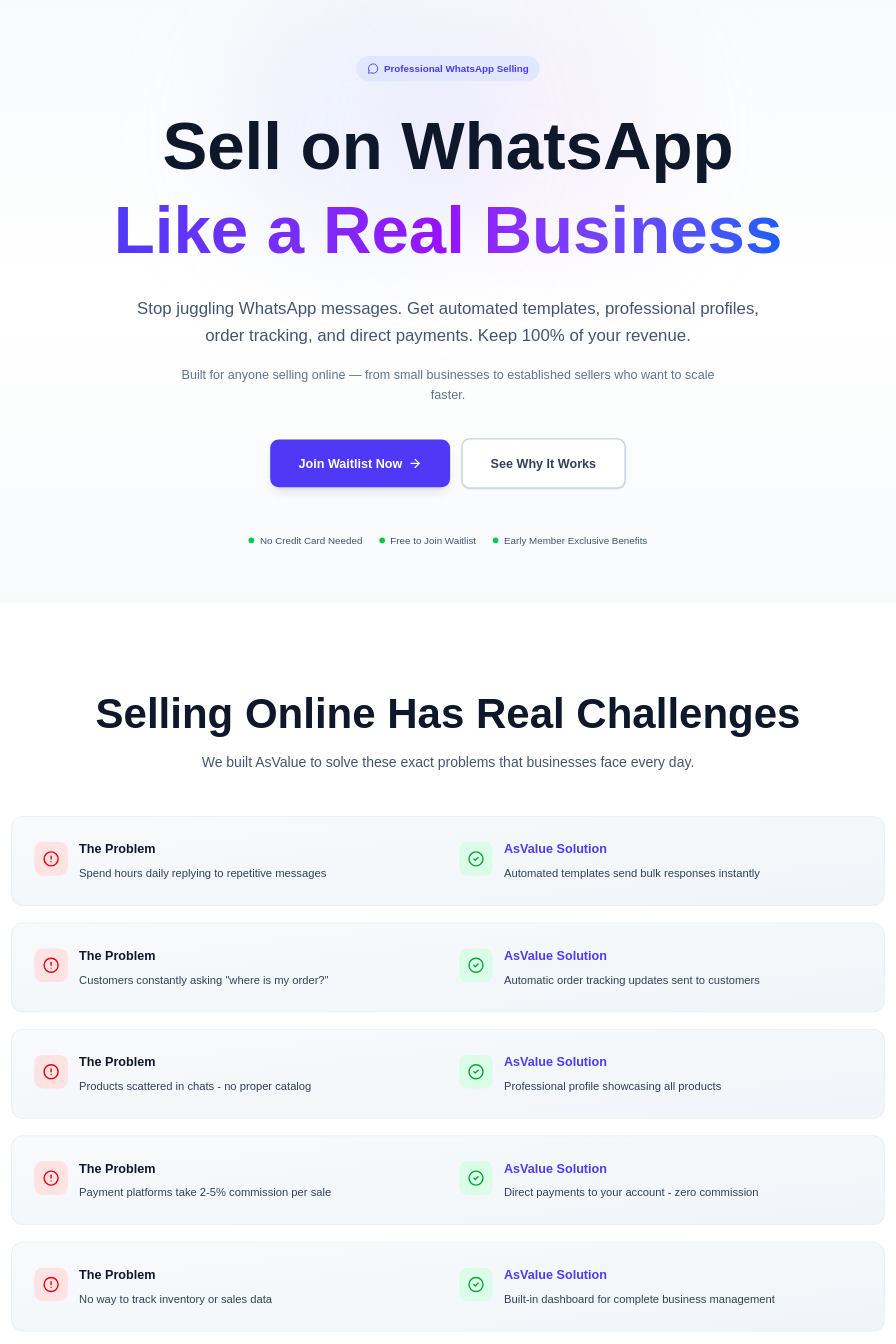
Repository: vikkii2005/asvalue-waitlist
Page: /
The author's editor kept a copy of each file at every save. The page is drawn from the files as they stood at one save, then again after the next save.
The browser window is 1280 px wide. The pictures show the part of the page from y = 0 to 1920 px (the page is 5429 px tall before and 5549 px after), at 70% of full size.
The page's requests for data from a server got no answer. The project was rebuilt for these pictures with package versions that can differ from the ones it lists, and the page was loaded fresh each time. The framework's server and built-in components were replaced by stand-ins that run in the browser. No one was signed in, and anything a server would have sent is missing. Also part of the build but not shown: next.config.ts, components/ReferralDashboard.tsx.

Above is the page before, as saved 2025-10-31 09:46:02.

### app/layout.tsx
import { Analytics } from '@vercel/analytics/react'
import type { Metadata } from 'next'
import type { ReactNode } from 'react'
import './globals.css'

export const metadata: Metadata = {
  title: 'AsValue - Professional WhatsApp Business Platform',
  description: 'Sell professionally on WhatsApp with automated templates, order tracking, and zero commission. Join the waitlist today.',
  openGraph: {
    title: 'AsValue - Professional WhatsApp Selling',
    description: 'Zero commission WhatsApp selling platform',
    url: 'https://asvalue.com',
  },
}

export default function RootLayout({
  children,
}: {
  children: ReactNode
}) {
  return (
    <html lang="en" suppressHydrationWarning>
      <head>
        <meta charSet="utf-8" />
        <meta name="viewport" content="width=device-width, initial-scale=1" />
      </head>
      <body className="antialiased bg-white text-slate-900">
        {children}
        <Analytics />
      </body>
    </html>
  )
}

### app/page.tsx
import Hero from '@/components/Hero'
import ProblemSolution from '@/components/ProblemSolution'
import Features from '@/components/Features'
import WaitlistForm from '@/components/WaitlistForm'

export default function Home() {
  return (
    <main className="min-h-screen bg-white">
      <Hero />
      <ProblemSolution />
      <Features />
      <WaitlistForm />

      {/* Footer */}
      <footer className="bg-slate-900 text-white py-16 px-4">
        <div className="max-w-6xl mx-auto">
          <div className="grid md:grid-cols-3 gap-12 mb-12">
            <div>
              <h3 className="text-2xl font-bold mb-4 bg-linear-to-r from-indigo-400 to-purple-400 bg-clip-text text-transparent">
                AsValue
              </h3>
              <p className="text-slate-400">
                Professional platform for selling online. Zero commission. Built for your success.
              </p>
            </div>
            <div>
              <h4 className="font-semibold mb-4 text-white">Features</h4>
              <ul className="text-slate-400 space-y-2 text-sm">
                <li>• Seller Profiles</li>
                <li>• Chat Platform</li>
                <li>• Order Management</li>
                <li>• Analytics</li>
              </ul>
            </div>
            <div>
              <h4 className="font-semibold mb-4 text-white">Company</h4>
              <ul className="text-slate-400 space-y-2 text-sm">
                <li>• Privacy Policy</li>
                <li>• Terms of Service</li>
                <li>• Contact Us</li>
              </ul>
            </div>
          </div>
          <div className="border-t border-slate-800 pt-8 text-center">
            <p className="text-slate-500 text-sm">
              © 2025 AsValue. All rights reserved.
            </p>
          </div>
        </div>
      </footer>
    </main>
  )
}

### components/Hero.tsx
'use client'

import { ArrowRight, MessageCircle } from 'lucide-react'

export default function Hero() {
  return (
    <section className="relative min-h-screen flex items-center justify-center bg-linear-to-b from-slate-50 via-white to-slate-50 px-4 py-20 overflow-hidden">
      {/* Background Gradient Orbs */}
      <div className="absolute top-0 left-1/4 w-96 h-96 bg-indigo-200 rounded-full mix-blend-multiply filter blur-3xl opacity-20 animate-blob"></div>
      <div className="absolute top-0 right-1/4 w-96 h-96 bg-purple-200 rounded-full mix-blend-multiply filter blur-3xl opacity-20 animate-blob animation-delay-2000"></div>

      <div className="relative max-w-6xl mx-auto w-full">
        {/* Main Content */}
        <div className="text-center max-w-5xl mx-auto">
          <div className="inline-flex items-center gap-2 bg-indigo-100 px-4 py-2 rounded-full mb-8">
            <MessageCircle className="w-4 h-4 text-indigo-600" />
            <span className="text-sm font-semibold text-indigo-600">Professional WhatsApp Selling</span>
          </div>

          <h1 className="text-6xl md:text-7xl lg:text-8xl font-bold text-slate-900 mb-8 leading-tight">
            Sell on WhatsApp
            <br />
            <span className="bg-linear-to-r from-indigo-600 via-purple-600 to-blue-600 bg-clip-text text-transparent">
              Like a Real Business
            </span>
          </h1>

          <p className="text-lg md:text-2xl text-slate-600 mb-6 max-w-4xl mx-auto leading-relaxed">
            Stop juggling WhatsApp messages. Get automated templates, professional profiles, order tracking, and direct payments. Keep 100% of your revenue.
          </p>

          <p className="text-lg text-slate-500 mb-12 max-w-3xl mx-auto">
            Built for anyone selling online — from small businesses to established sellers who want to scale faster.
          </p>

          {/* CTA Buttons */}
          <div className="flex flex-col sm:flex-row items-center justify-center gap-4 mb-16">
            <button
              onClick={() => document.getElementById('waitlist-form')?.scrollIntoView({ behavior: 'smooth' })}
              className="group bg-indigo-600 hover:bg-indigo-700 text-white px-10 py-5 rounded-xl font-semibold text-lg flex items-center gap-2 transition-all shadow-lg hover:shadow-xl transform hover:scale-105"
            >
              Join Waitlist Now
              <ArrowRight className="w-5 h-5 group-hover:translate-x-1 transition-transform" />
            </button>
            <button
              onClick={() => document.getElementById('problems')?.scrollIntoView({ behavior: 'smooth' })}
              className="bg-white hover:bg-slate-50 text-slate-700 border-2 border-slate-300 px-10 py-5 rounded-xl font-semibold text-lg transition-all shadow-sm hover:shadow-md"
            >
              See Why It Works
            </button>
          </div>

          {/* Trust Indicators */}
          <div className="flex flex-col sm:flex-row items-center justify-center gap-6 text-sm text-slate-600">
            <div className="flex items-center gap-2">
              <div className="w-2 h-2 bg-green-500 rounded-full"></div>
              <span>No Credit Card Needed</span>
            </div>
            <div className="flex items-center gap-2">
              <div className="w-2 h-2 bg-green-500 rounded-full"></div>
              <span>Free to Join Waitlist</span>
            </div>
            <div className="flex items-center gap-2">
              <div className="w-2 h-2 bg-green-500 rounded-full"></div>
              <span>Early Member Exclusive Benefits</span>
            </div>
          </div>
        </div>
      </div>
    </section>
  )
}

### components/ProblemSolution.tsx
import { AlertCircle, CheckCircle2 } from 'lucide-react'

const problems = [
  {
    problem: 'Spend hours daily replying to repetitive messages',
    solution: 'Automated templates send bulk responses instantly'
  },
  {
    problem: 'Customers constantly asking "where is my order?"',
    solution: 'Automatic order tracking updates sent to customers'
  },
  {
    problem: 'Products scattered in chats - no proper catalog',
    solution: 'Professional profile showcasing all products'
  },
  {
    problem: 'Payment platforms take 2-5% commission per sale',
    solution: 'Direct payments to your account - zero commission'
  },
  {
    problem: 'No way to track inventory or sales data',
    solution: 'Built-in dashboard for complete business management'
  },
  {
    problem: 'Business looks unprofessional on WhatsApp',
    solution: 'Professional seller profile builds customer trust instantly'
  }
]

export default function ProblemSolution() {
  return (
    <section id="problems" className="py-32 px-4 bg-white">
      <div className="max-w-7xl mx-auto">
        <div className="text-center mb-16">
          <h2 className="text-5xl md:text-6xl font-bold text-slate-900 mb-6">
            Selling Online Has Real Challenges
          </h2>
          <p className="text-xl text-slate-600 max-w-3xl mx-auto">
            We built AsValue to solve these exact problems that businesses face every day.
          </p>
        </div>

        <div className="space-y-6">
          {problems.map((item, index) => (
            <div
              key={index}
              className="grid md:grid-cols-2 gap-8 bg-linear-to-br from-slate-50 to-slate-100 rounded-2xl p-8 border border-slate-200 hover:border-indigo-300 hover:shadow-lg transition-all"
            >
              {/* Problem */}
              <div className="flex gap-4">
                <div className="shrink-0 pt-1">
                  <div className="w-12 h-12 bg-red-100 rounded-xl flex items-center justify-center">
                    <AlertCircle className="w-6 h-6 text-red-600" />
                  </div>
                </div>
                <div>
                  <p className="font-semibold text-slate-900 text-lg mb-2">The Problem</p>
                  <p className="text-slate-700 text-base leading-relaxed">{item.problem}</p>
                </div>
              </div>

              {/* Solution */}
              <div className="flex gap-4">
                <div className="shrink-0 pt-1">
                  <div className="w-12 h-12 bg-green-100 rounded-xl flex items-center justify-center">
                    <CheckCircle2 className="w-6 h-6 text-green-600" />
                  </div>
                </div>
                <div>
                  <p className="font-semibold text-indigo-600 text-lg mb-2">AsValue Solution</p>
                  <p className="text-slate-700 text-base leading-relaxed">{item.solution}</p>
                </div>
              </div>
            </div>
          ))}
        </div>

        {/* Stats */}
        <div className="grid grid-cols-1 md:grid-cols-4 gap-8 mt-20">
          <div className="text-center p-8 bg-slate-50 rounded-xl border border-slate-200">
            <div className="text-5xl font-bold text-indigo-600 mb-2">3x</div>
            <div className="text-slate-700 font-medium">More Sales Potential</div>
          </div>
          <div className="text-center p-8 bg-slate-50 rounded-xl border border-slate-200">
            <div className="text-5xl font-bold text-indigo-600 mb-2">5hrs</div>
            <div className="text-slate-700 font-medium">Saved Daily</div>
          </div>
          <div className="text-center p-8 bg-slate-50 rounded-xl border border-slate-200">
            <div className="text-5xl font-bold text-indigo-600 mb-2">0%</div>
            <div className="text-slate-700 font-medium">Commission on Sales</div>
          </div>
          <div className="text-center p-8 bg-slate-50 rounded-xl border border-slate-200">
            <div className="text-5xl font-bold text-indigo-600 mb-2">100%</div>
            <div className="text-slate-700 font-medium">Your Revenue</div>
          </div>
        </div>
      </div>
    </section>
  )
}

### components/Features.tsx
import { Instagram, MessageSquare, Zap, Package, Shield, Smartphone, TrendingUp, BarChart3 } from 'lucide-react'

const features = [
  {
    icon: Instagram,
    title: 'Professional Seller Profile',
    description: 'Display your complete product catalog beautifully. Customers browse everything in one place without asking "what do you have?"'
  },
  {
    icon: MessageSquare,
    title: 'Organized Chat Platform',
    description: 'All customer conversations in one dashboard. Never lose a message again. Sort by customer or order automatically.'
  },
  {
    icon: Zap,
    title: 'Message Automation',
    description: 'Save time with pre-written templates for orders, payments, and updates. Send 100 messages in seconds.'
  },
  {
    icon: Package,
    title: 'Complete Order Management',
    description: 'Track every order from placement to delivery. Send automatic status updates. Manage inventory from one dashboard.'
  },
  {
    icon: Shield,
    title: 'Zero Commission Model',
    description: 'Keep every rupee you earn. We charge only a simple monthly subscription. No hidden fees. Direct payments to your account.'
  },
  {
    icon: Smartphone,
    title: 'Mobile-First Business',
    description: 'Run your entire business from your phone. Upload products, track orders, chat with customers — all mobile native.'
  },
  {
    icon: TrendingUp,
    title: 'Customer Loyalty System',
    description: 'Customers follow your profile and get notified about new products. Build repeat business automatically.'
  },
  {
    icon: BarChart3,
    title: 'Real-Time Business Analytics',
    description: 'See which products sell best, peak order times, revenue trends. Make smart decisions based on data.'
  }
]

export default function Features() {
  return (
    <section id="features" className="py-32 px-4 bg-linear-to-b from-slate-50 to-white">
      <div className="max-w-7xl mx-auto">
        <div className="text-center mb-16">
          <h2 className="text-5xl md:text-6xl font-bold text-slate-900 mb-6">
            Everything You Need to Succeed
          </h2>
          <p className="text-xl text-slate-600 max-w-3xl mx-auto">
            All the tools professional online businesses need. All in one platform.
          </p>
        </div>

        <div className="grid md:grid-cols-2 gap-8">
          {features.map((feature, index) => (
            <div
              key={index}
              className="bg-white p-8 rounded-2xl border border-slate-200 hover:border-indigo-300 hover:shadow-xl transition-all group"
            >
              <div className="shrink-0 mb-6">
                <div className="w-16 h-16 bg-linear-to-br from-indigo-500 to-purple-600 rounded-2xl flex items-center justify-center group-hover:scale-110 transition-transform">
                  <feature.icon className="w-8 h-8 text-white" />
                </div>
              </div>
              <h3 className="text-2xl font-bold text-slate-900 mb-3">{feature.title}</h3>
              <p className="text-slate-600 text-lg leading-relaxed">{feature.description}</p>
            </div>
          ))}
        </div>
      </div>
    </section>
  )
}

### lib/supabase.ts
import { createClient, SupabaseClient } from '@supabase/supabase-js'

const supabaseUrl = process.env.NEXT_PUBLIC_SUPABASE_URL
const supabaseAnonKey = process.env.NEXT_PUBLIC_SUPABASE_ANON_KEY

// Properly typed Supabase client
const supabase: SupabaseClient | null =
  typeof window !== 'undefined' && supabaseUrl && supabaseAnonKey
    ? createClient(supabaseUrl, supabaseAnonKey)
    : null

export { supabase }

Loaded but not shown: app/globals.css (common file); components/WaitlistForm.tsx (235 lines, source omitted)

After the next save:
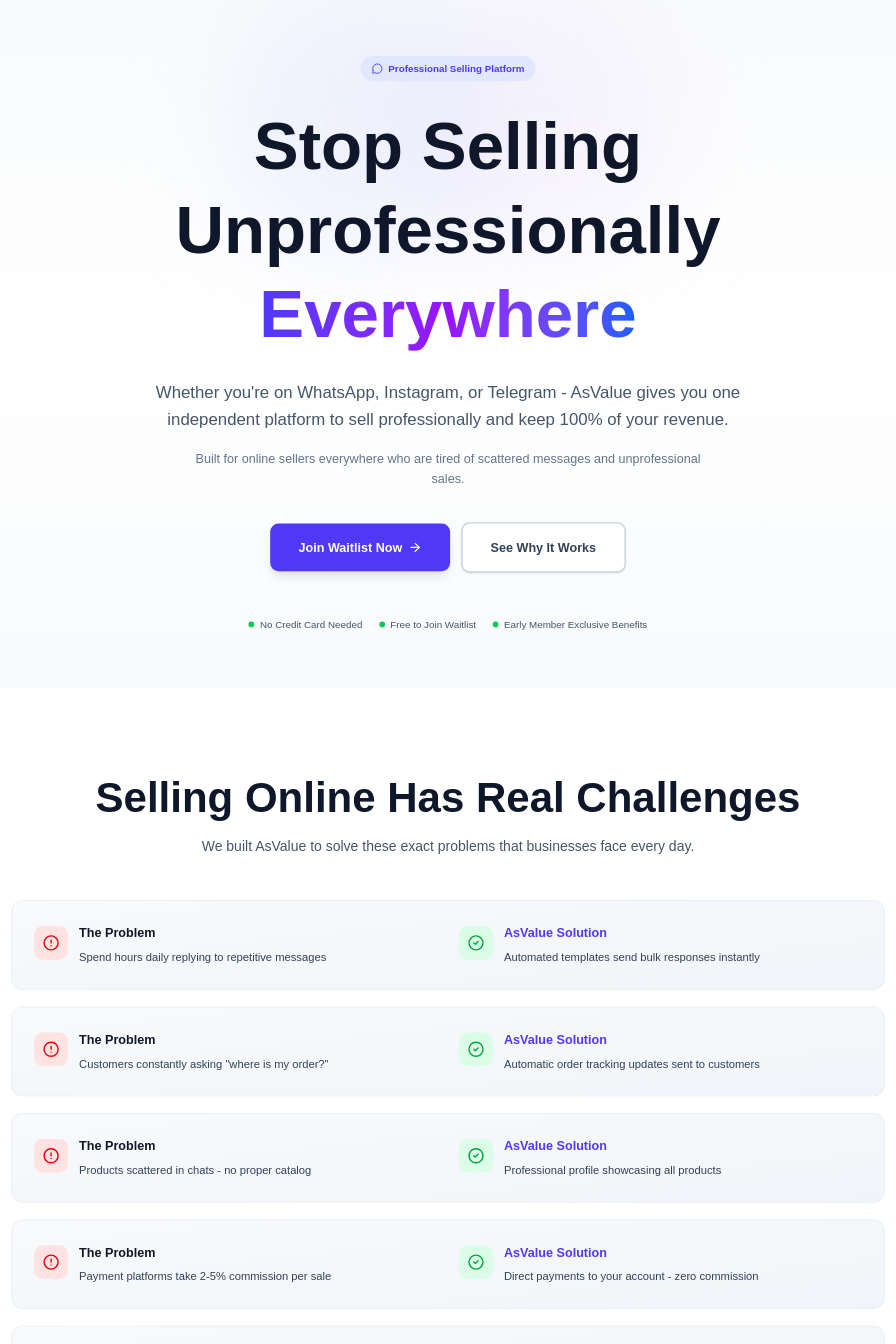
Saved 12 min 48 s later.
--- a/components/Hero.tsx
+++ b/components/Hero.tsx
@@ -14,23 +14,23 @@
         <div className="text-center max-w-5xl mx-auto">
           <div className="inline-flex items-center gap-2 bg-indigo-100 px-4 py-2 rounded-full mb-8">
             <MessageCircle className="w-4 h-4 text-indigo-600" />
-            <span className="text-sm font-semibold text-indigo-600">Professional WhatsApp Selling</span>
+            <span className="text-sm font-semibold text-indigo-600">Professional Selling Platform</span>
           </div>
 
           <h1 className="text-6xl md:text-7xl lg:text-8xl font-bold text-slate-900 mb-8 leading-tight">
-            Sell on WhatsApp
+            Stop Selling Unprofessionally
             <br />
             <span className="bg-linear-to-r from-indigo-600 via-purple-600 to-blue-600 bg-clip-text text-transparent">
-              Like a Real Business
+              Everywhere
             </span>
           </h1>
 
           <p className="text-lg md:text-2xl text-slate-600 mb-6 max-w-4xl mx-auto leading-relaxed">
-            Stop juggling WhatsApp messages. Get automated templates, professional profiles, order tracking, and direct payments. Keep 100% of your revenue.
+            Whether you're on WhatsApp, Instagram, or Telegram - AsValue gives you one independent platform to sell professionally and keep 100% of your revenue.
           </p>
 
           <p className="text-lg text-slate-500 mb-12 max-w-3xl mx-auto">
-            Built for anyone selling online — from small businesses to established sellers who want to scale faster.
+            Built for online sellers everywhere who are tired of scattered messages and unprofessional sales.
           </p>
 
           {/* CTA Buttons */}
